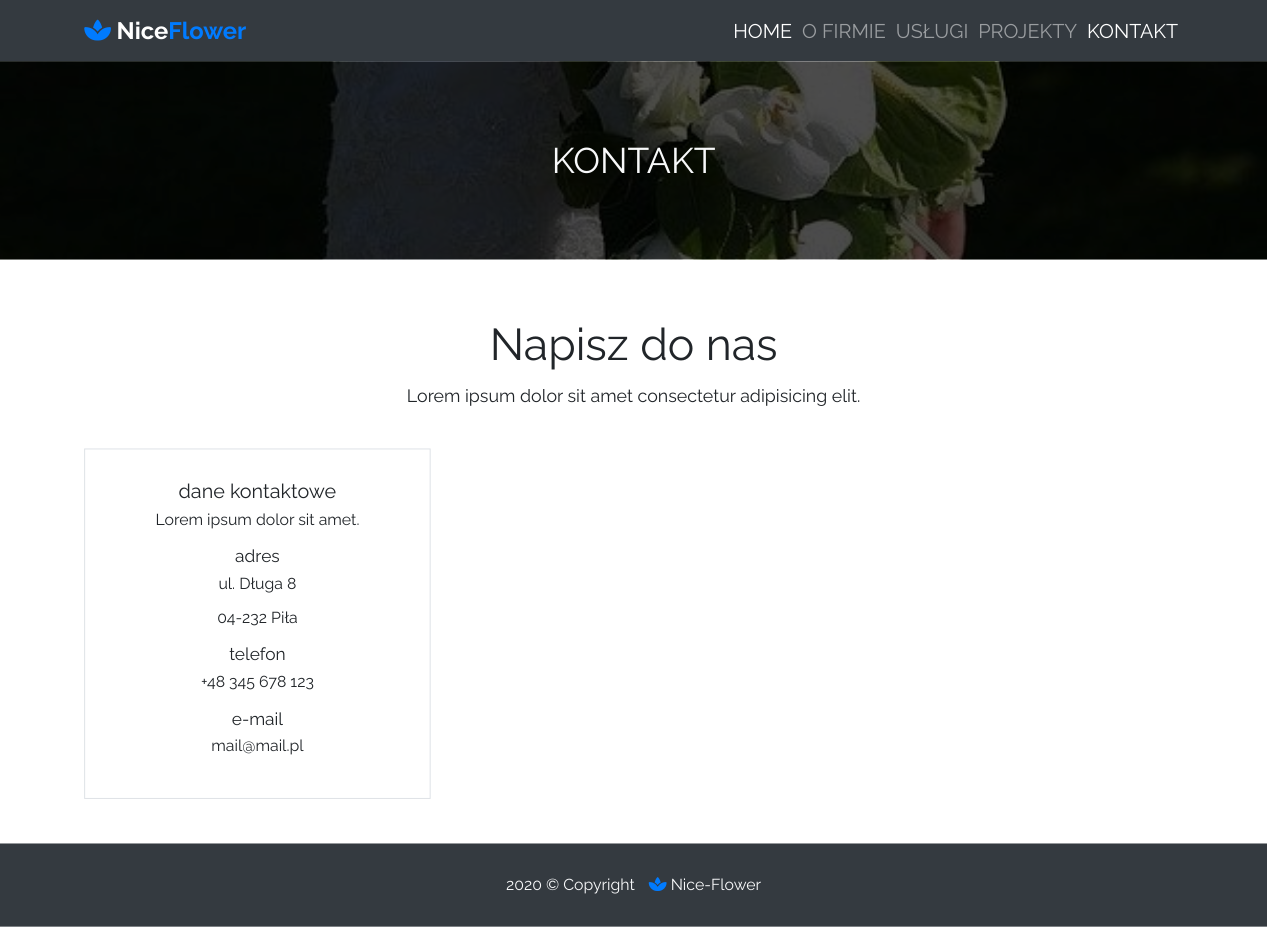
Repository: KrzysKolo/Projekt-13_Kwiaciarnia
Page: contact.html
An editor plug-in stored every save of this project. The page is shown before and after the next save, followed by the edit.
The browser window is 1280 px wide. The pictures show the whole page, at 99% of full size.
Some web libraries are served in a nearby version.

Above is the page before, as saved 2020-08-11 13:01:13.

### contact.html
<!DOCTYPE html>
<html lang="pl">
  <head>
    <meta charset="UTF-8" />
    <meta name="viewport" content="width=device-width, initial-scale=1.0" />
    <title>Nice-Flower</title>
    <script
      src="https://kit.fontawesome.com/21efeaf281.js"
      crossorigin="anonymous"
    ></script>

    <link
      rel="stylesheet"
      href="https://stackpath.bootstrapcdn.com/bootstrap/4.5.0/css/bootstrap.min.css"
      integrity="sha384-9aIt2nRpC12Uk9gS9baDl411NQApFmC26EwAOH8WgZl5MYYxFfc+NcPb1dKGj7Sk"
      crossorigin="anonymous"
    />
    <link
      href="https://fonts.googleapis.com/css2?family=Raleway:wght@400;700&display=swap"
      rel="stylesheet"
    />
    <link rel="stylesheet" href="style.css" />
  </head>
  <body>
    <nav class="navbar navbar-expand-lg navbar-dark bg-dark py-3">
      <div class="container">
        <a class="navbar-brand" href="index.html"
          ><i class="fas fa-spa text-primary"></i> Nice<span
            class="text-primary"
            >Flower</span
          ></a
        >
        <button
          class="navbar-toggler border-0"
          type="button"
          data-toggle="collapse"
          data-target="#navbarNavAltMarkup"
          aria-controls="navbarNavAltMarkup"
          aria-expanded="false"
          aria-label="Toggle navigation"
        >
          <i class="fas fa-bars px-4"></i>
        </button>
        <div class="collapse navbar-collapse" id="navbarNavAltMarkup">
          <div class="navbar-nav ml-auto">
            <a class="nav-link active" href="index.html">Home </a>
            <a class="nav-link" href="abouteus.html">O firmie</a>
            <a class="nav-link" href="services.html"> Usługi</a>
            <a class="nav-link" href="projects.html">Projekty</a>
            <a class="nav-link active" href="#"
              ><span class="sr-only">(current)</span>Kontakt</a
            >
          </div>
        </div>
      </div>
    </nav>

    <!-- MAIN -->
    <main>
      <section class="top-hero contact-hero">
        <div class="hero-shadow"></div>
        <p class="top-hero-text text-light">Kontakt</p>
      </section>
      <section class="contact py-5">
        <div class="container">
          <div class="text-center py-5">
            <p class="display-3">Napisz do nas</p>
            <p class="additional-text">
              Lorem ipsum dolor sit amet consectetur adipisicing elit.
            </p>
          </div>

          <div class="row">
            <div class="col-md-5 col-lg-4">
              <div class="border p-5 mb-4 text-center">
                <h2>dane kontaktowe</h2>
                <p>Lorem ipsum dolor sit amet.</p>
                <h3 class="mt-4">adres</h3>
                <p>ul. Długa 8</p>
                <p>04-232 Piła</p>
                <h3 class="mt-4">telefon</h3>
                <p>+48 345 678 123</p>
                <h3 class="mt-4">e-mail</h3>
                <p>mail@mail.pl</p>
              </div>
            </div>
            <div class="col-md-7 col-lg-8"></div>
          </div>
        </div>
      </section>
    </main>
    <footer class="bg-dark text-light">
      <p class="py-5 px-3 mb-0 text-center">
        2020 &copy; Copyright
        <i class="ml-3 fas fa-spa text-primary"></i> Nice-Flower
      </p>
    </footer>
    <script
      src="https://code.jquery.com/jquery-3.5.1.slim.min.js"
      integrity="sha384-DfXdz2htPH0lsSSs5nCTpuj/zy4C+OGpamoFVy38MVBnE+IbbVYUew+OrCXaRkfj"
      crossorigin="anonymous"
    ></script>
    <script
      src="https://cdn.jsdelivr.net/npm/popper.js@1.16.0/dist/umd/popper.min.js"
      integrity="sha384-Q6E9RHvbIyZFJoft+2mJbHaEWldlvI9IOYy5n3zV9zzTtmI3UksdQRVvoxMfooAo"
      crossorigin="anonymous"
    ></script>
    <script
      src="https://stackpath.bootstrapcdn.com/bootstrap/4.5.0/js/bootstrap.min.js"
      integrity="sha384-OgVRvuATP1z7JjHLkuOU7Xw704+h835Lr+6QL9UvYjZE3Ipu6Tp75j7Bh/kR0JKI"
      crossorigin="anonymous"
    ></script>
  </body>
</html>

### style.css
* {
  box-sizing: border-box;
  margin: 0;
  padding: 0;
}
html {
  font-size: 62.5%;
}
body {
  font-family: "Raleway", sans-serif;
  font-size: 1.6rem;
}
.hero-shadow {
  position: absolute;
  top: 0;
  width: 100%;
  height: 100%;
  background-color: rgba(0, 0, 0, 0.7);
  z-index: -1;
}
.additional-text {
  font-size: 1.8rem;
}
.top-hero {
  position: relative;
  height: 20rem;
  background-size: cover;
  z-index: 0;
}
.top-hero-text {
  display: flex;
  justify-content: center;
  align-items: center;
  height: 100%;
  font-size: 3.6rem;
  text-transform: uppercase;
}
/* ----------- */
/*  nawigacja  */
/* ----------- */
nav {
  font-size: 2rem;
  text-transform: uppercase;
}
.navbar-toggler {
  font-size: 3rem;
}
.navbar-brand {
  font-size: 2.4rem;
  font-weight: bold;
  text-transform: none;
}
/* ----------- */
/*    header   */
/* ----------- */
header {
  font-size: 2rem;
}
.carousel-item {
  position: relative;
  height: 400px;
  background-position: center;
  background-size: cover;
  z-index: 0;
}
.carousel-img-one {
  background-image: url("./img/b1m.jpg");
}
.carousel-img-two {
  background-image: url("./img/b2m.jpg");
}
.carousel-img-three {
  background-image: url("./img/b4m.jpg");
}
/* ----------- */
/*     main    */
/* ----------- */
.home-boxes {
  padding: 5rem 0;
}
.home-box i {
  font-size: 4rem;
}
.home-box h3 {
  font-size: 2.6rem;
}
/* ----------- */
.home-passion {
  position: relative;
  height: 350px;
  background-image: url("./img/b8m.jpg");
  background-position: center;
  background-size: cover;
  z-index: 0;
}
/* ----------- */
.home-brand h3 {
  font-size: 3rem;
  font-weight: bold;
}
/* ----------- */
/*   aboutus   */
/* ----------- */
.aboutus-hero {
  background-image: url("./img/obrazek1.jpg");
  background-position: bottom;
}
/* ----------- */
.aboutus-top .display-3 {
  text-transform: uppercase;
}
/* ----------- */
.aboutus-info {
  background-color: rgba(0, 0, 0, 0.3);
}
.aboutus-info .container {
  padding: 2em 0.5em;
}
.aboutus-text {
  padding: 1.8rem;
}
.aboutus-text h3 {
  margin-bottom: 0.5em;
  font-size: 2.6rem;
  text-transform: uppercase;
  font-weight: bold;
  text-decoration: underline #007bff;
}
.abouts-text-right {
  text-align: right;
}
.aboutus-img {
  height: 300px;
  background-image: url("./img/b5m.jpg");
  background-position: center;
  background-size: cover;
}
/* ----------- */
.aboutus-bottom i {
  font-size: 3rem;
}
.aboutus-bottom h3 {
  font-size: 2.2rem;
  font-weight: bold;
}
/* ----------- */
/*    usługi   */
/* ----------- */
.service-hero {
  background-image: url("./img/pm.jpg");
  background-position: 0 50%;
}
/* ----------- */
.service-hero-box {
  position: relative;
  height: 300px;
  background-size: cover;
  z-index: 0;
}
.service-hero-box p {
  display: flex;
  justify-content: center;
  align-items: center;
  font-size: 3rem;
  text-transform: uppercase;
}
.service-pricing .box-one {
  background-image: url("./img/b2m.jpg");
}
.service-pricing .box-two {
  background-image: url("./img/bsm.jpg");
}
.service-pricing .box-three {
  background-image: url("./img/wm.jpg");
}
.service-pricing .box-four {
  background-image: url("./img/rdm.jpg");
}
.service-pricing .card-header {
  font-size: 2rem;
  cursor: pointer;
}
.service-pricing h3 {
  font-weight: bold;
}
.service-pricing .btn {
  font-size: 1.6rem;
  text-transform: uppercase;
}
/* ----------- */
/*   projekty  */
/* ----------- */
.projects-hero {
  background-image: url("./img/b3m.jpg");
  background-position: center;
}
.projects img {
  height: 240px;
  object-fit: cover;
}
.projects .btn {
  font-size: 1.4rem;
  text-transform: uppercase;
}
/* ----------- */
/*    kontakt  */
/* ----------- */
.contact-hero {
  background-image: url("./img/obrazek2.jpg");
  background-position: center;
}
/* ----------- */
/*    footer   */
/* ----------- */
footer {
  font-size: 1.6rem;
}
@media (min-width: 992px) {
  .aboutus-info .container {
    padding: 0;
  }
  .aboutus-shadow {
    box-shadow: inset 0 5px 10px -5px rgba(0, 0, 0, 0.4);
  }
  .aboutus-text {
    padding: 5em 0;
    transform: skew(-15deg);
  }
  .abouts-text-left {
    padding-right: 2em;
    text-align: right;
  }
  .abouts-text-right {
    padding-left: 2em;
    text-align: left;
  }
  .aboutus-img {
    height: auto;
    transform: skew(-15deg);
  }
}
@media (min-width: 1400px) {
  .carousel-item {
    height: 600px;
  }
  .carousel-img-one {
    background-image: url("./img/b1.jpg");
  }
  .carousel-img-two {
    background-image: url("./img/b2.jpg");
  }
  .carousel-img-three {
    background-image: url("./img/b4.jpg");
  }
}

After the next save:
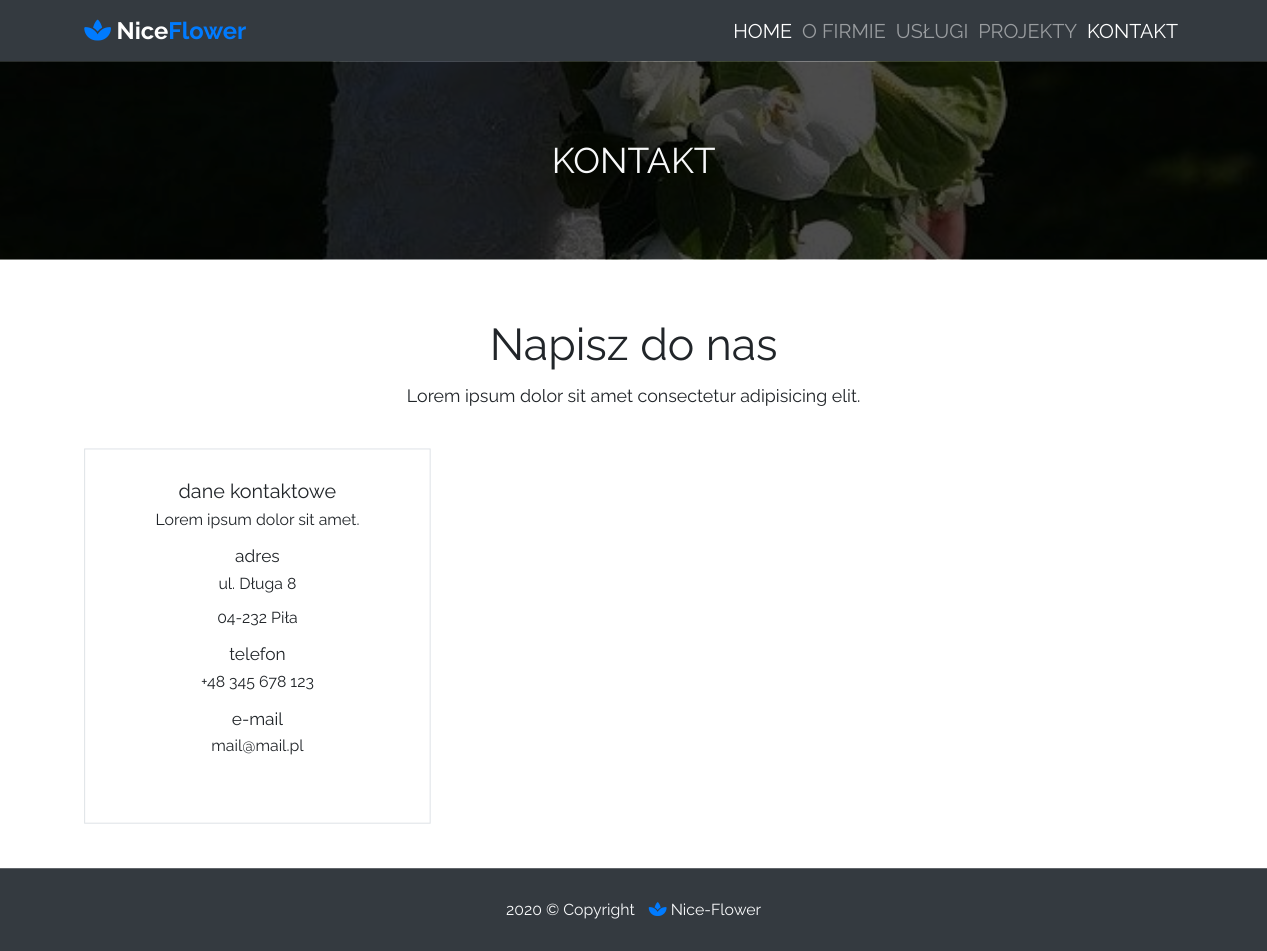
Saved 4 min 58 s later.
--- a/contact.html
+++ b/contact.html
@@ -82,6 +82,7 @@
                 <p>+48 345 678 123</p>
                 <h3 class="mt-4">e-mail</h3>
                 <p>mail@mail.pl</p>
+                <div class="contact-logo mt-5 pt-4 mb-n3"></div>
               </div>
             </div>
             <div class="col-md-7 col-lg-8"></div>
